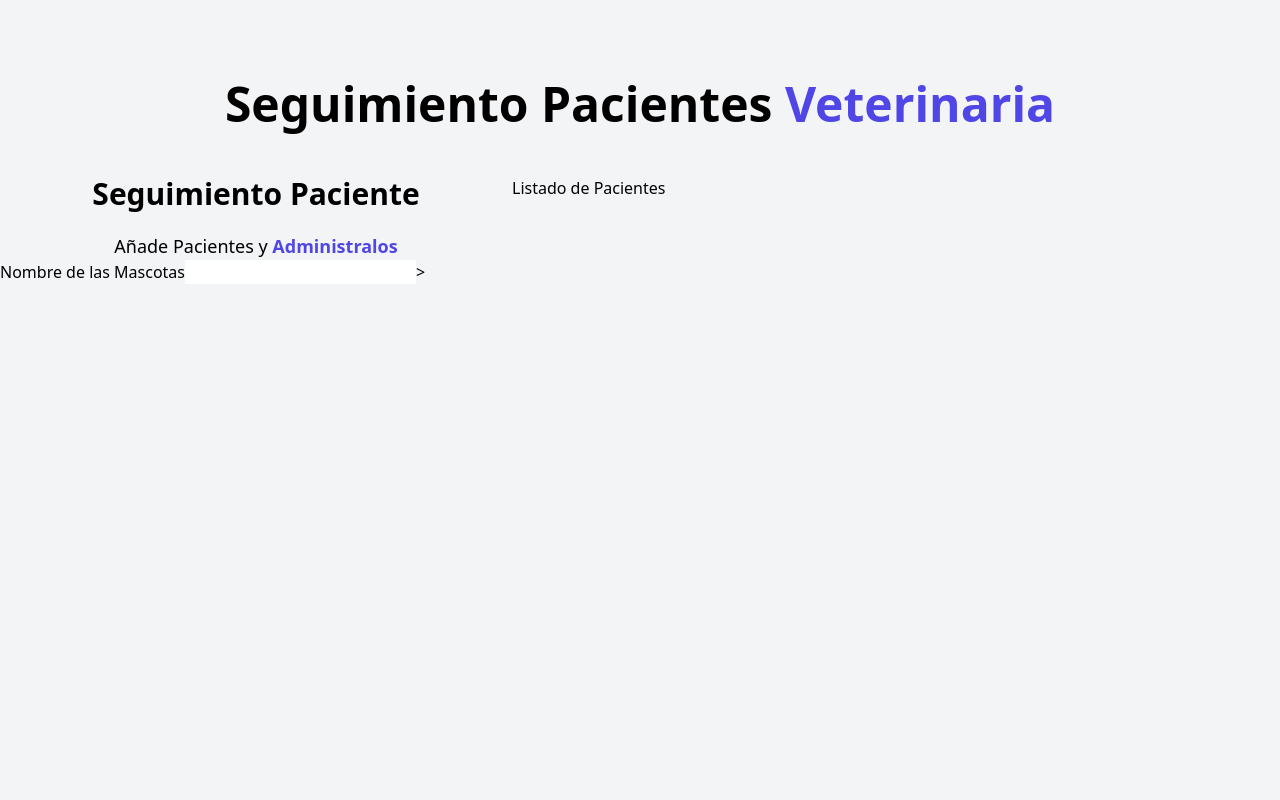
Repository: richardacb/citas_react_vite
Page: /
These files come from the project's save history. The page is drawn as it stood at one moment and after a run of saves; the edit follows.
The browser window is 1280 px wide. The pictures show the whole page.
The project was rebuilt for these pictures with package versions that can differ from the ones it lists, and the page was loaded fresh each time. Also part of the build but not shown: vite.config.js.

Above is the page before, as saved 2022-12-17 02:40:13.

### src/App.jsx
import { useState } from "react";
import Header from "./components/Header";
import Formulario from "./components/Formulario";
import ListadoPacientes from "./components/ListadoPacientes";

function App() {
  return (
    <div className="container mx-auto mt-20">
      <Header />
      <div className="mt-12 md:flex">
        <Formulario />
        <ListadoPacientes />
      </div>
    </div>
  );
}

export default App;

### src/components/Header.jsx
function Header() {
  return (
    <>
        <h1 className="font-black text-5xl text-center md:w-2/3 mx-auto">Seguimiento Pacientes {''}
         <span className="text-indigo-600">Veterinaria</span></h1>
    </>
  );
}

export default Header;

### src/components/Formulario.jsx
const Formulario = () => {
    return (
        <div className="md:w-1/2 lg:w-2/5">
            <h2 className="font-black text-3xl text-center">Seguimiento Paciente</h2>

            <p className="text-lg mt-5 text-center">
                Añade Pacientes y {''} <span className="text-indigo-600 font-bold">Administralos</span>
            </p>

            <form>
                <div>
                    <label>Nombre de las Mascotas</label>
                    <input />>
                </div>
            </form>
        </div>
    )
}

export default Formulario;

### src/components/ListadoPacientes.jsx
const ListadoPacientes = () => {
  return (
    <div className="w-1/2 lg:w-3/5">
      <h2>Listado de Pacientes</h2>
    </div>
  );
};

export default ListadoPacientes;

Loaded but not shown: index.html (common file); src/main.jsx (common file); src/index.css (common file); tailwind.config.cjs (common file)

After the next 6 saves:
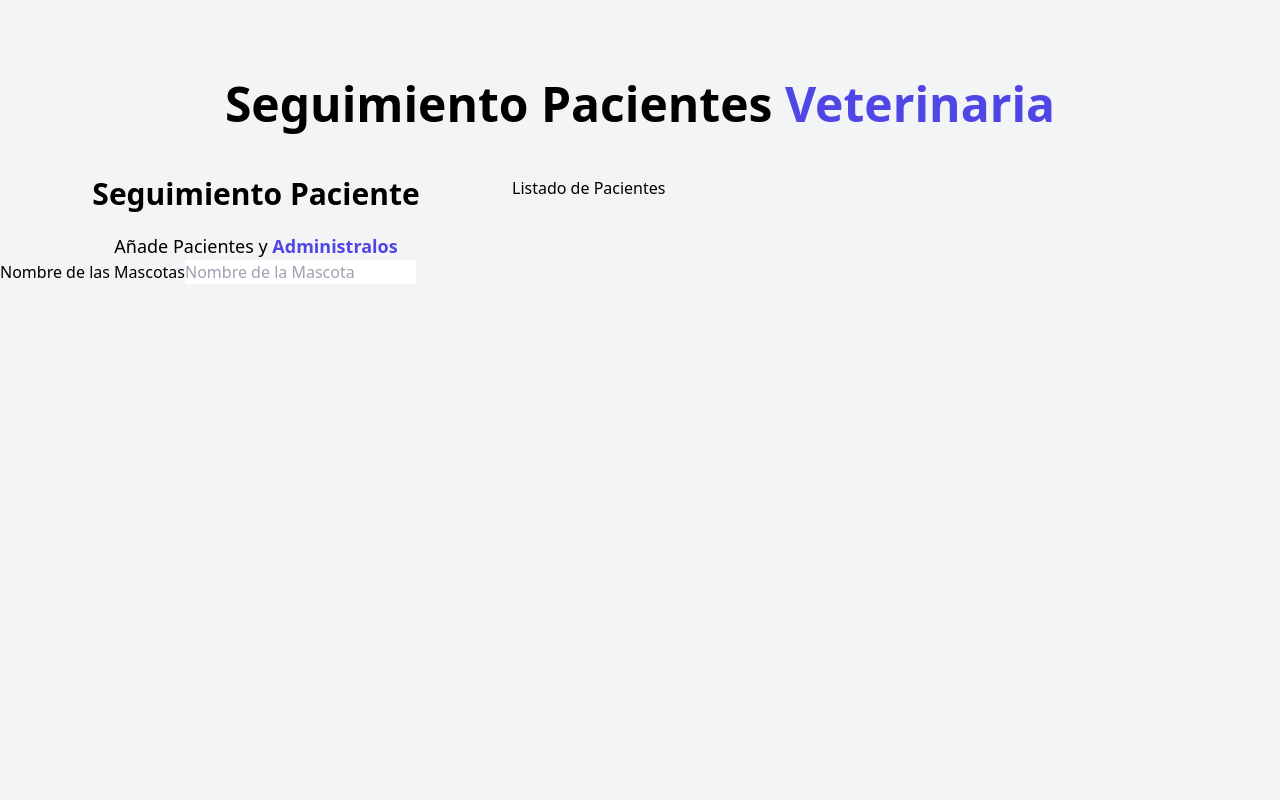
The 6 saves are shown as one change because 1 did not build or start and some came seconds apart.
The last was saved 16 s later.
--- a/src/components/Formulario.jsx
+++ b/src/components/Formulario.jsx
@@ -10,7 +10,10 @@ const Formulario = () => {
             <form>
                 <div>
                     <label>Nombre de las Mascotas</label>
-                    <input />>
+                    <input
+                        type="text"
+                        placeholder="Nombre de la Mascota"
+                    />
                 </div>
             </form>
         </div>
